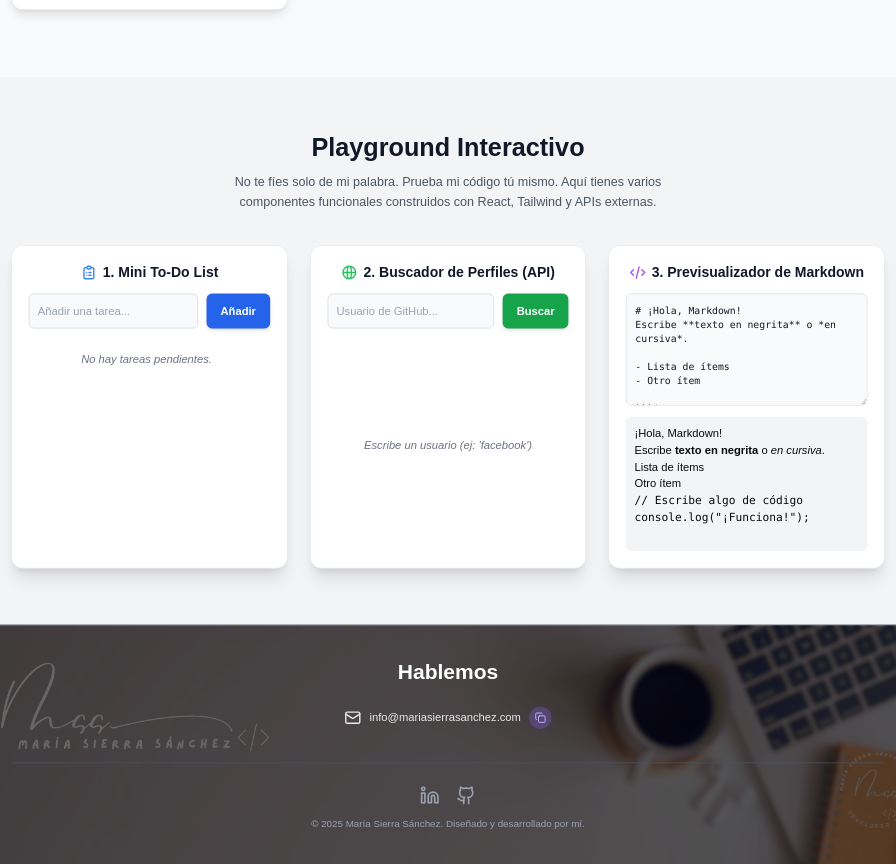
Repository: SierraMa1/SierraMa1.github.io
Page: /
These files come from the project's save history. The page is drawn as it stood at one moment and after a run of saves; the edit follows.
The browser window is 1280 px wide. The pictures show the part of the page from y = 3845 to 5765 px (the page is 5080 px tall before and 5765 px after), at 70% of full size.
The page's requests for data from a server got no answer. The project was rebuilt for these pictures with package versions that can differ from the ones it lists, and the page was loaded fresh each time. The framework's server and built-in components were replaced by stand-ins that run in the browser. No one was signed in, and anything a server would have sent is missing. Also part of the build but not shown: next.config.ts, src/components/ChatWindow.jsx.

Above is the page before, as saved 2025-10-27 16:36:15.

### src/app/layout.tsx

import "./globals.css";
import Header from "@/components/Header";
import Footer from "@/components/Footer";
import Chatbot from "@/components/Chatbot";

export const metadata = {
  title: {
    template: '%s | María Sierra Sánchez',
    default: 'Consultoría Digital y Desarrollo Web a Medida',
  },
  description: 'Transformación digital real para PYMES, desde la estrategia hasta la implementación técnica con React y Node.js.',
};

export default function RootLayout({ children }: { children: React.ReactNode })  {
  return (
    <html lang="es" className="!scroll-smooth">
      <body className="flex flex-col min-h-screen bg-white">
        <Header />
        <main className="flex-grow">
          {children}
        </main>
        <Footer />
        <Chatbot /> {}
      </body>
    </html>
  );
}

### src/app/page.tsx

import Hero from '@/components/Hero';
import ProjectsSection from '@/components/ProjectsSection';
import AboutSection from '@/components/AboutSection';
import Solutions from '@/components/Solutions';
import PlaygroundSection from '@/components/PlaygroundSection';
import SkillSection from '@/components/SkillSection';

export default function Home() {
  return (
    <>
      <Hero />
      <AboutSection />
      <Solutions />
      <ProjectsSection />
      <SkillSection />
      <PlaygroundSection />
    </>
  );
}

### src/app/globals.css
@tailwind base;
@tailwind components;
@tailwind utilities;

body {
  font-family: Arial, Helvetica, sans-serif;
}

@layer base {
  :root {
    --background: 0 0% 100%;
    --foreground: 0 0% 3.9%;
    --card: 0 0% 100%;
    --card-foreground: 0 0% 3.9%;
    --popover: 0 0% 100%;
    --popover-foreground: 0 0% 3.9%;
    --primary: 0 0% 9%;
    --primary-foreground: 0 0% 98%;
    --secondary: 0 0% 96.1%;
    --secondary-foreground: 0 0% 9%;
    --muted: 0 0% 96.1%;
    --muted-foreground: 0 0% 45.1%;
    --accent: 0 0% 96.1%;
    --accent-foreground: 0 0% 9%;
    --destructive: 0 84.2% 60.2%;
    --destructive-foreground: 0 0% 98%;
    --border: 0 0% 89.8%;
    --input: 0 0% 89.8%;
    --ring: 0 0% 3.9%;
    --chart-1: 12 76% 61%;
    --chart-2: 173 58% 39%;
    --chart-3: 197 37% 24%;
    --chart-4: 43 74% 66%;
    --chart-5: 27 87% 67%;
    --radius: 0.5rem;
  }
  .dark {
    --background: 0 0% 3.9%;
    --foreground: 0 0% 98%;
    --card: 0 0% 3.9%;
    --card-foreground: 0 0% 98%;
    --popover: 0 0% 3.9%;
    --popover-foreground: 0 0% 98%;
    --primary: 0 0% 98%;
    --primary-foreground: 0 0% 9%;
    --secondary: 0 0% 14.9%;
    --secondary-foreground: 0 0% 98%;
    --muted: 0 0% 14.9%;
    --muted-foreground: 0 0% 63.9%;
    --accent: 0 0% 14.9%;
    --accent-foreground: 0 0% 98%;
    --destructive: 0 62.8% 30.6%;
    --destructive-foreground: 0 0% 98%;
    --border: 0 0% 14.9%;
    --input: 0 0% 14.9%;
    --ring: 0 0% 83.1%;
    --chart-1: 220 70% 50%;
    --chart-2: 160 60% 45%;
    --chart-3: 30 80% 55%;
    --chart-4: 280 65% 60%;
    --chart-5: 340 75% 55%;
  }
}

@layer base {
  * {
    @apply border-border;
  }
  body {
    @apply bg-background text-foreground;
  }
}

/* Estilos personalizados para la navegación de Swiper */
.swiper-button-prev,
.swiper-button-next {
  color: #ffffff !important; /* Color de las flechas */
  opacity: 0.7;
  transition: opacity 0.3s;
}

.swiper-button-prev:hover,
.swiper-button-next:hover {
  opacity: 1;
}

.swiper-pagination-bullet {
  background: #ffffff !important; /* Color de los puntos */
  opacity: 0.6 !important;
}

.swiper-pagination-bullet-active {
  opacity: 1 !important;
}

/* --- Estilos para los botones de navegación de Swiper --- */

/* Oculta las flechas por defecto de Swiper, ya que usaremos las nuestras */
#proyectos .swiper-button-prev,
#proyectos .swiper-button-next {
  display: none;
}

### src/components/Footer.jsx
'use client'

import { useState, useEffect } from 'react';
import { Linkedin, Github, Mail, Copy, Check } from 'lucide-react';
import Image from 'next/image';

export default function Footer() {
  const [isCopied, setIsCopied] = useState(false);
  const [hasMounted, setHasMounted] = useState(false);

  const email = "info@mariasierrasanchez.com";
  const currentYear = new Date().getFullYear();

  useEffect(() => {
    setHasMounted(true);
  }, []);

  const copyToClipboard = () => {
    // Usamos document.execCommand('copy') para compatibilidad en iframes
    try {
      const ta = document.createElement('textarea');
      ta.value = email;
      ta.style.position = 'fixed'; // Evita que "salte" la pantalla
      ta.style.left = '-9999px';
      document.body.appendChild(ta);
      ta.select();
      document.execCommand('copy');
      document.body.removeChild(ta);

      setIsCopied(true);
      setTimeout(() => setIsCopied(false), 2000);
    } catch (err) {
      console.error('Error al copiar el email: ', err);
    }
  };

  return (
    <footer id="contacto" className="relative w-full border-t border-gray-700">

      {/* --- Fondo con imagen  --- */}
      <div className="absolute inset-0 z-0">
        <Image
          src="/footer-bg1.png"
          alt="Fondo del footer"
          fill // Reemplaza a layout="fill"
          className="object-cover" // Reemplaza a objectFit="cover"
          //  'quality={80}' HA SIDO ELIMINADO PARA QUITAR EL WARNING
          sizes="100vw" //  Añadido para optimización con 'fill'
        />
        {/* Capa oscura para mejorar el contraste del texto */}
        <div className="absolute inset-0 bg-black opacity-60"></div>
      </div>

      {/* --- Contenido superpuesto --- */}
      <div className="relative z-10 container mx-auto px-4 py-12 text-white">
        <h2 className="text-3xl font-bold mb-8 text-center">
          Hablemos
        </h2>

        <div className="flex flex-col md:flex-row justify-center items-center space-y-6 md:space-y-0 md:space-x-10 mb-10">
          <div className="flex items-center space-x-3 font-medium text-gray-200">
            <Mail size={24} />
            <span>{email}</span>
            {hasMounted && (
              <button
                onClick={copyToClipboard}
                className="p-2 bg-violet-500/30 text-violet-300 rounded-full hover:bg-violet-500/50 transition-colors"
                aria-label="Copiar correo electrónico"
              >
                {isCopied ? <Check size={16} /> : <Copy size={16} />}
              </button>
            )}
          </div>
        </div>

        <div className="mt-12 pt-8 border-t border-gray-600 text-center">
            <div className="flex justify-center gap-6 mb-4">
                <a href="https://www.linkedin.com/in/Mar%C3%ADaSierraS%C3%A1nchez/" target="_blank" rel="noopener noreferrer" className="text-gray-400 hover:text-white transition-colors">
                    <Linkedin size={28} />
                </a>
                <a href="https://github.com/SierraMa1" target="_blank" rel="noopener noreferrer" className="text-gray-400 hover:text-white transition-colors">
                    <Github size={28} />
                </a>
            </div>
          <p className="text-sm text-gray-400">
            &copy; {currentYear} María Sierra Sánchez. Diseñado y desarrollado por mí.
          </p>
        </div>
      </div>
    </footer>
  );
}

### src/components/Chatbot.jsx

'use client'
import { useState } from 'react';
import { MessageCircle, X } from 'lucide-react';
import ChatWindow from './ChatWindow';

export default function Chatbot() {
  const [isOpen, setIsOpen] = useState(false);
  return (
    <>
      <ChatWindow isOpen={isOpen} onClose={() => setIsOpen(false)} />
      <button
        onClick={() => setIsOpen(!isOpen)}
        className="fixed bottom-6 right-6 z-50 flex h-14 w-14 items-center justify-center rounded-full bg-violet-600 text-white shadow-lg transition-all hover:scale-110"
        aria-label={isOpen ? "Cerrar chat" : "Abrir chat"}
      >
        {isOpen ? <X size={28} /> : <MessageCircle size={28} />}
      </button>
    </>
  );
}

### src/components/Hero.jsx

'use client'

import { Swiper, SwiperSlide } from 'swiper/react';
import { Navigation, Pagination, Autoplay } from 'swiper/modules';
import Link from 'next/link';

import 'swiper/css';
import 'swiper/css/navigation';
import 'swiper/css/pagination';

export default function Hero() {
  return (
    <section id="inicio" className="relative h-screen w-full overflow-hidden">

      {/* --- Contenedor del Vídeo de Fondo --- */}
      <div className="absolute inset-0 z-0">
        <video
          autoPlay
          loop
          muted
          playsInline
          className="w-full h-full object-cover"
        >
          <source src="/background-video1.mp4" type="video/mp4" />
          Tu navegador no soporta la etiqueta de video.
        </video>
        <div className="absolute inset-0 bg-black opacity-50"></div>
      </div>

      {/* --- Carrusel --- */}
      <Swiper
        modules={[Navigation, Pagination, Autoplay]}
        spaceBetween={0}
        slidesPerView={1}
        loop={true}
        navigation
        pagination={{ clickable: true }}
        autoplay={{
          delay: 5000,
          disableOnInteraction: false,
        }}
        effect="slide"
        className="h-full w-full relative z-10"
      >
        {/* --- Slide 1: Desarrolladora Web --- */}
        <SwiperSlide>
          <div className="flex h-full w-full flex-col items-center justify-center text-center text-white p-4 px-8 md:px-4">
            <h1 className="text-4xl md:text-6xl font-bold drop-shadow-lg">Desarrolladora Web Full Stack </h1>
            <p className="mt-4 text-lg md:text-xl max-w-2xl drop-shadow-md">Creando aplicaciones eficientes y centradas en el usuario.</p>
            <Link href="/#proyectos" className="mt-8 rounded-full bg-violet-600 px-8 py-3 text-lg font-semibold transition hover:bg-violet-700 shadow-lg">
              Ver Proyectos
            </Link>
          </div>
        </SwiperSlide>

        {/* --- Slide 2: Transformación Digital --- */}
        <SwiperSlide>
          <div className="flex h-full w-full flex-col items-center justify-center text-center text-white p-4 px-8 md:px-4">
            <h1 className="text-4xl md:text-6xl font-bold drop-shadow-lg">Experta en Transformación Digital</h1>
            <p className="mt-4 text-lg md:text-xl max-w-2xl drop-shadow-md">Alineando tecnología y negocio para generar un impacto medible.</p>
            <Link href="/#sobre-mi" className="mt-8 rounded-full bg-transparent border-2 border-white px-8 py-3 text-lg font-semibold transition hover:bg-white hover:text-black shadow-lg">
              Saber Más
            </Link>
          </div>
        </SwiperSlide>
      </Swiper>
    </section>
  );
}

### src/components/ProjectsSection.tsx
'use client'

import { useState } from 'react';
import { Swiper, SwiperSlide } from 'swiper/react';
import { EffectCoverflow } from 'swiper/modules';
import { projectsData } from '@/data/projects';
import Link from 'next/link';
import ProjectCarouselCard from './ProjectCarouselCard';
import { ArrowLeft, ArrowRight } from 'lucide-react';

import 'swiper/css';
//import 'swiper/css/navigation';
import 'swiper/css/effect-coverflow';

export default function ProjectsSection() {
  // Uso 'any' para evitar el error de tipos de Swiper
  const [swiperInstance, setSwiperInstance] = useState<any>(null);

  // FUNCIONES PARA CONTROLAR EL CARRUSEL MANUALMENTE
  const handlePrev = () => {
    if (swiperInstance) swiperInstance.slidePrev();
  };

  const handleNext = () => {
    if (swiperInstance) swiperInstance.slideNext();
  };

  return (
    <section id="proyectos" className="w-full bg-gray-50 py-20 lg:py-24 overflow-hidden">
      <div className="container mx-auto px-4">

        <div className="flex flex-col lg:flex-row lg:gap-16">

          <div className="lg:w-1/3 mb-12 lg:mb-0 flex-shrink-0">
            <h2 className="text-4xl font-bold text-gray-900 mb-4">
              Mis Proyectos
            </h2>
            <p className="text-lg text-gray-600 mb-6 leading-relaxed">
              Como desarrolladora web y experta en transformación digital, mi objetivo es diseñar e implementar soluciones tecnológicas que resuelvan problemas de negocio complejos y mejoren la eficiencia.
            </p>
            <Link
              href="/#contacto"
              className="inline-block rounded-md bg-violet-600 px-6 py-3 text-base font-medium text-white shadow-sm transition-colors hover:bg-violet-700"
            >
              Contacta conmigo
            </Link>
          </div>

          <div className="lg:w-2/3">
            <Swiper
              // Añado el tipo 'any' al argumento
              onSwiper={(swiper: any) => setSwiperInstance(swiper)}
              modules={[EffectCoverflow]}
              effect={'coverflow'}
              centeredSlides={true}
              loop={false} // Mantengo esto en 'false'
              slidesPerView={'auto'}
              coverflowEffect={{
                rotate: 50,
                stretch: 0,
                depth: 100,
                modifier: 1,
                slideShadows: true,
              }}
              className="!overflow-visible"
            >
              {projectsData.map((project) => (
                <SwiperSlide key={project.id} className="!w-64 md:!w-72">
                  <ProjectCarouselCard project={project} />
                </SwiperSlide>
              ))}
            </Swiper>

            {/* AÑADO onClick A LOS BOTONES PARA LLAMAR A NUESTRAS FUNCIONES */}
            <div className="mt-8 flex justify-center gap-4">
              <button onClick={handlePrev} className="flex h-12 w-12 items-center justify-center rounded-full border border-gray-300 bg-white text-gray-700 transition hover:bg-gray-100">
                <ArrowLeft size={24} />
              </button>
              <button onClick={handleNext} className="flex h-12 w-12 items-center justify-center rounded-full border border-gray-300 bg-white text-gray-700 transition hover:bg-gray-100">
                <ArrowRight size={24} />
              </button>
            </div>
          </div>

        </div>
      </div>
    </section>
  );
}

### src/components/Solutions.tsx

import React from 'react';

// Pequeños componentes para los iconos para mantener el código principal limpio
const StrategyIcon = () => (
  <svg xmlns="http://www.w3.org/2000/svg" className="h-10 w-10" fill="none" viewBox="0 0 24 24" stroke="currentColor" strokeWidth={2}>
    <path strokeLinecap="round" strokeLinejoin="round" d="M13 10V3L4 14h7v7l9-11h-7z" />
  </svg>
);

const BusinessIcon = () => (
  <svg xmlns="http://www.w3.org/2000/svg" className="h-10 w-10" fill="none" viewBox="0 0 24 24" stroke="currentColor" strokeWidth={2}>
    <path strokeLinecap="round" strokeLinejoin="round" d="M19 21V5a2 2 0 00-2-2H7a2 2 0 00-2 2v16m14 0h2m-2 0h-5m-9 0H3m2 0h5M9 7h1m-1 4h1m-1 4h1m6-4h1m-1 4h1m-1-4h1m-1-4h1" />
  </svg>
);

const CodeIcon = () => (
  <svg xmlns="http://www.w3.org/2000/svg" className="h-10 w-10" fill="none" viewBox="0 0 24 24" stroke="currentColor" strokeWidth={2}>
    <path strokeLinecap="round" strokeLinejoin="round" d="M10 20l4-16m4 4l4 4-4 4M6 16l-4-4 4-4" />
  </svg>
);


// Defino los datos de las tarjetas de servicios
const services = [
  {
    icon: <StrategyIcon />,
    title: "Consultoría de Transformación Digital",
    description: "Analizo a fondo tus procesos, cultura y tecnología para diseñar una hoja de ruta estratégica y viable. Ayudo a equipos directivos a tomar decisiones informadas para optimizar y hacer crecer el negocio."
  },
  {
    icon: <BusinessIcon />,
    title: "Digitalización Integral para PYMES",
    description: "Voy más allá de una simple web. Digitalizo flujos de trabajo completos, implemento herramientas de gestión a medida y capacito a tu equipo para asegurar una transición tecnológica exitosa y sin fricciones."
  },
  {
    icon: <CodeIcon />,
    title: "Desarrollo de Producto Digital",
    description: "Materializo ideas en productos funcionales. Construyo aplicaciones web, plataformas y MVPs utilizando tecnologías modernas como React y Node.js, con un enfoque 100% centrado en el usuario."
  }
];

// El componente principal
const Solutions = () => {
  return (
    <section id="solutions" className="py-20 bg-gray-50 sm:py-24">
      <div className="mx-auto max-w-7xl px-6 lg:px-8">
        {/* Cabecera de la sección */}
        <div className="mx-auto max-w-2xl text-center">
          <p className="text-base font-semibold leading-7 text-blue-600">Mis Servicios</p>
          <h2 className="mt-2 text-4xl font-bold tracking-tight text-gray-900 sm:text-5xl">
            Conectando Estrategia y Tecnología
          </h2>
          <p className="mt-6 text-lg leading-8 text-gray-600">
            Mi doble visión como estratega y desarrolladora me permite ofrecer soluciones integrales que generan un impacto real.
          </p>
        </div>

        {/* Grid con las tarjetas de servicio */}
        <div className="mx-auto mt-16 max-w-2xl sm:mt-20 lg:mt-24 lg:max-w-none">
          <dl className="grid max-w-xl grid-cols-1 gap-x-8 gap-y-16 lg:max-w-none lg:grid-cols-3">
            {services.map((service) => (
              <div key={service.title} className="flex flex-col p-8 bg-white rounded-2xl shadow-lg hover:shadow-2xl transition-shadow duration-300">
                <dt className="flex items-center gap-x-3 text-base font-semibold leading-7 text-gray-900">
                  <div className="flex-none rounded-lg bg-blue-600 p-3 text-white">
                    {service.icon}
                  </div>
                  {service.title}
                </dt>
                <dd className="mt-4 flex flex-auto flex-col text-base leading-7 text-gray-600">
                  <p className="flex-auto">{service.description}</p>
                </dd>
              </div>
            ))}
          </dl>
        </div>
      </div>
    </section>
  );
};

export default Solutions;

### src/components/ProjectCarouselCard.tsx
import Image from 'next/image';
import Link from 'next/link';
import { ArrowRight } from 'lucide-react';

// DEFINO EL TIPO 'PROJECT' (BUENA PRÁCTICA)
// Asegúrate de que este tipo coincida con tu 'projectsData'
interface Project {
  id: number | string;
  image: string;
  title: string;
  description: string;
}

// APLICO EL TIPO A LAS PROPS
export default function ProjectCarouselCard({ project }: { project: Project }) {
  return (
    <Link
      href={`/projects/${project.id}`}
      className="group relative block h-96 w-full overflow-hidden rounded-lg"
    >
      {/* Imagen de fondo */}
      <Image
        src={project.image}
        alt={`Imagen del proyecto ${project.title}`}
        fill
        // Añado la propiedad 'sizes'
        // Esto le dice a Next.js:
        // - En pantallas de hasta 767px, la imagen ocupa 256px de ancho.
        // - En pantallas de 768px o más, ocupa 288px de ancho.
        // (Esto coincide con los anchos de tu SwiperSlide: !w-64 md:!w-72)
        sizes="(max-width: 767px) 256px, 288px"
        className="object-cover transition-transform duration-300 group-hover:scale-105"
      />

      {/* Capa oscura para legibilidad */}
      <div className="absolute inset-0 bg-gradient-to-t from-black/70 via-black/40 to-transparent"></div>

      {/* Contenido de texto */}
      <div className="absolute bottom-0 left-0 p-6 text-white">
        <h3 className="mb-2 text-2xl font-bold">
          {project.title}
        </h3>
        <p className="mb-4 text-sm opacity-90">
          {project.description}
        </p>
        <div className="inline-flex items-center font-semibold text-white transition-transform group-hover:translate-x-1">
          Saber más
          <ArrowRight size={16} className="ml-1" />
        </div>
      </div>
    </Link>
  );
}

### src/components/BlogSection.tsx
import Link from 'next/link';
import { ArrowRight, BookOpen } from 'lucide-react';

// --- Datos de Ejemplo ---
// En un blog real, esto vendría de archivos Markdown (MDX)
const blogPosts = [
  {
    slug: '/blog/arreglando-el-bug-de-swiper',
    title: 'El bug de Swiper Loop que casi me vuelve loca',
    description: 'Crónica de una batalla contra un carrusel infinito y cómo la caché de Swiper me estaba jugando una mala pasada...',
    tags: ['Debug', 'React', 'Swiper'],
  },
  {
    slug: '/blog/limpiando-warnings-de-next',
    title: 'Lo que aprendí limpiando warnings de Next.js Image',
    description: 'De `layout="fill"` a `fill` y `sizes`. Por qué estos cambios aparentemente pequeños son cruciales para el rendimiento.',
    tags: ['Next.js', 'Optimización', 'Core Web Vitals'],
  },
  {
    slug: '/blog/consumiendo-api-github',
    title: 'Mi primer intento (fallido) con la API de GitHub',
    description: 'Por qué mi widget de actividad en vivo no funcionaba y cómo solucioné los problemas de rate-limiting y autenticación.',
    tags: ['API', 'GitHub', 'useEffect'],
  },
];
// -------------------------


export default function BlogSection() {
  return (
    <section id="blog" className="w-full bg-white dark:bg-gray-900 py-20 lg:py-24">
      <div className="container mx-auto px-4">
        <h2 className="text-4xl font-extrabold text-center text-gray-900 dark:text-white mb-4">
          Lecciones del Teclado
        </h2>
        <p className="text-lg text-center text-gray-600 dark:text-gray-300 mb-12 max-w-2xl mx-auto">
          Un portafolio muestra el éxito, pero el trabajo real es resolver problemas. Aquí comparto algunos de mis retos y aprendizajes.
        </p>

        {/* Contenedor de Artículos */}
        <div className="grid grid-cols-1 md:grid-cols-3 gap-8">
          {blogPosts.map((post) => (
            <Link
              href={post.slug}
              key={post.title}
              className="group block bg-gray-50 dark:bg-gray-800 rounded-2xl shadow-lg overflow-hidden border border-gray-200 dark:border-gray-700 transition-all duration-300 hover:shadow-2xl hover:-translate-y-1"
            >
              <div className="p-6">
                <div className="flex flex-wrap gap-2 mb-4">
                  {post.tags.map((tag) => (
                    <span
                      key={tag}
                      className="text-xs font-medium bg-violet-100 dark:bg-violet-900/50 text-violet-700 dark:text-violet-300 px-2.5 py-0.5 rounded-full"
                    >
                      {tag}
                    </span>
                  ))}
                </div>
                <h3 className="text-xl font-bold text-gray-900 dark:text-white mb-3">{post.title}</h3>
                <p className="text-gray-600 dark:text-gray-300 mb-4 text-sm">
                  {post.description}
                </p>
                <span className="font-semibold text-violet-600 dark:text-violet-400 flex items-center group-hover:gap-2 transition-all">
                  Leer artículo <ArrowRight size={16} className="ml-1" />
                </span>
              </div>
            </Link>
          ))}
        </div>

        <div className="text-center mt-12">
          <Link
            href="/blog" // Asumimos que tendrás una página de blog principal
            className="inline-flex items-center gap-2 text-lg font-semibold text-gray-700 dark:text-gray-200 hover:text-violet-600 dark:hover:text-violet-400 transition-colors"
          >
            <BookOpen size={20} />
            Ver todos los artículos
          </Link>
        </div>
      </div>
    </section>
  );
}

Loaded but not shown: src/lib/utils.ts (common file); tailwind.config.ts (common file); src/data/projects.js (106 lines, source omitted); src/components/PlaygroundSection.tsx (251 lines, source omitted); src/components/AboutSection.tsx (155 lines, source omitted); src/components/SkillSection.tsx (114 lines, source omitted); src/components/Header.jsx (85 lines, source omitted)

After the next 3 saves:
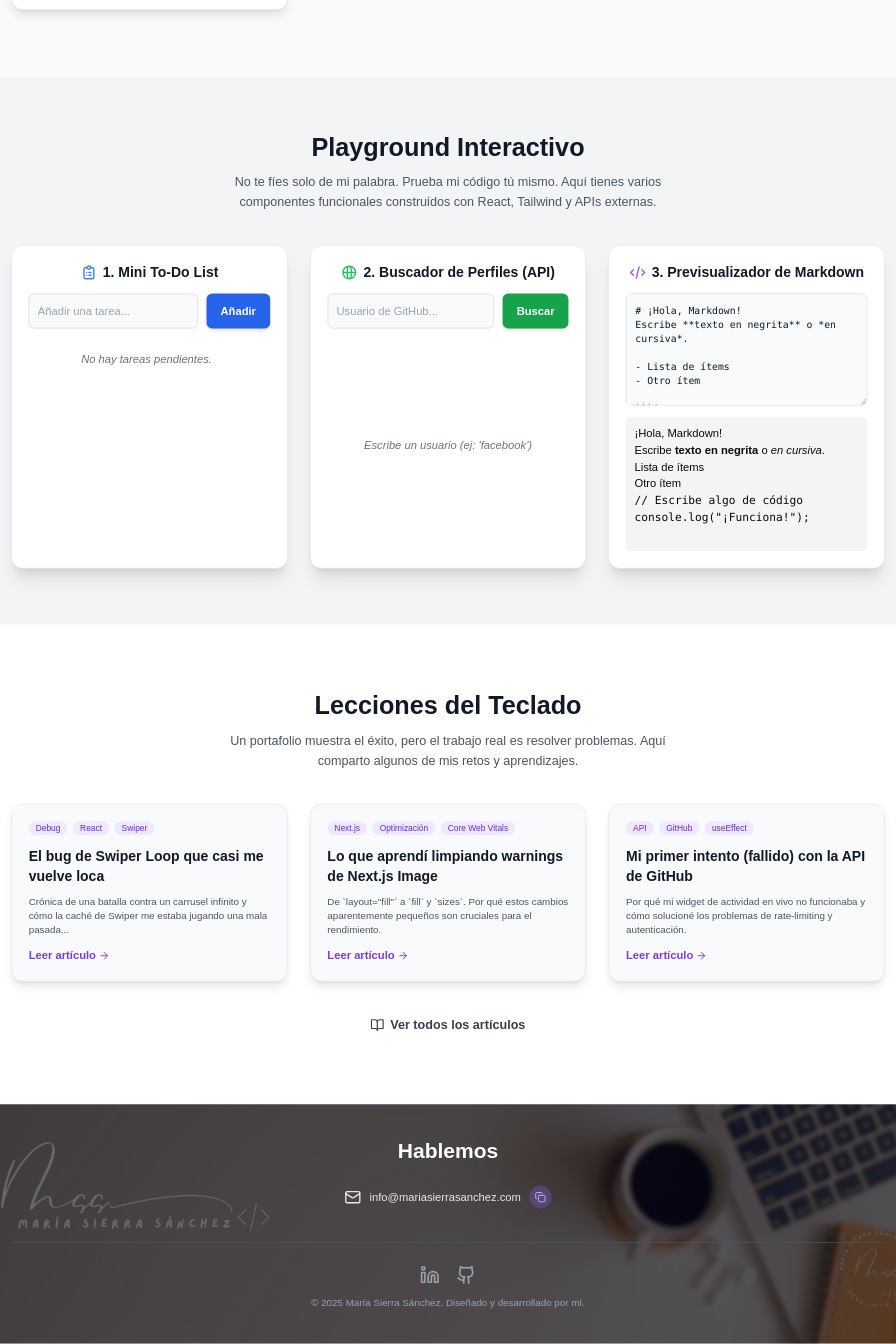
The 3 saves are shown as one change because they came seconds apart.
The last was saved 90 s later.
--- a/src/app/page.tsx
+++ b/src/app/page.tsx
@@ -1,11 +1,10 @@
-
 import Hero from '@/components/Hero';
 import ProjectsSection from '@/components/ProjectsSection';
 import AboutSection from '@/components/AboutSection';
 import Solutions from '@/components/Solutions';
 import PlaygroundSection from '@/components/PlaygroundSection';
 import SkillSection from '@/components/SkillSection';
-
+import BlogSection from '@/components/BlogSection';
 export default function Home() {
   return (
     <>
@@ -15,6 +14,7 @@ export default function Home() {
       <ProjectsSection />
       <SkillSection />
       <PlaygroundSection />
+      <BlogSection />
     </>
   );
 }
